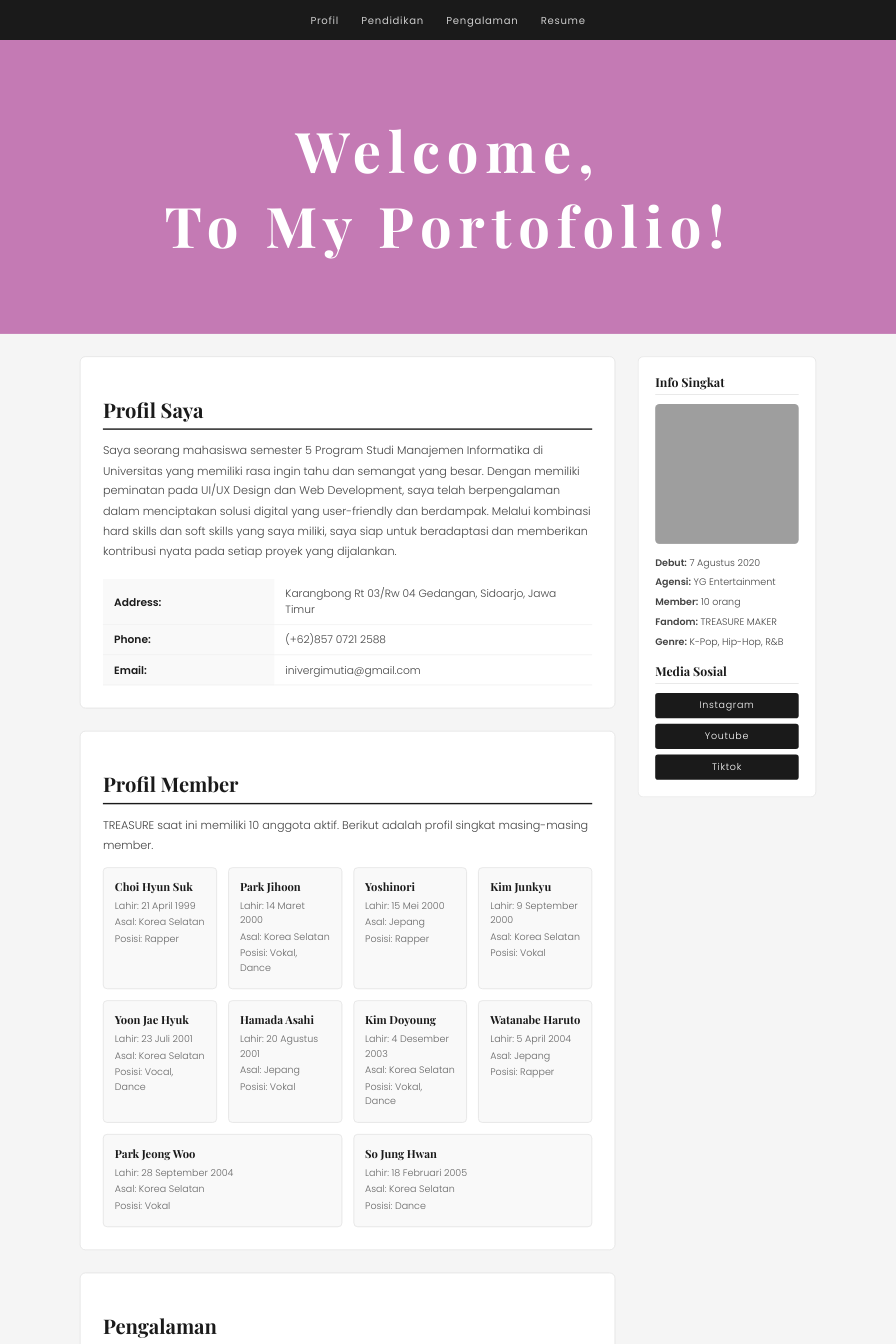
Repository: VergiMutiaRahmasyani/Website-Portofolio
Page: index.html
An editor plug-in stored every save of this project. The page is shown before and after the next save, followed by the edit.
The browser window is 1280 px wide. The pictures show the part of the page from y = 0 to 1920 px (the page is 2984 px tall), at 70% of full size.
Pictures or frames that could not be fetched are drawn as grey boxes.

Above is the page before, as saved 2026-03-06 23:52:23.

After the next save:
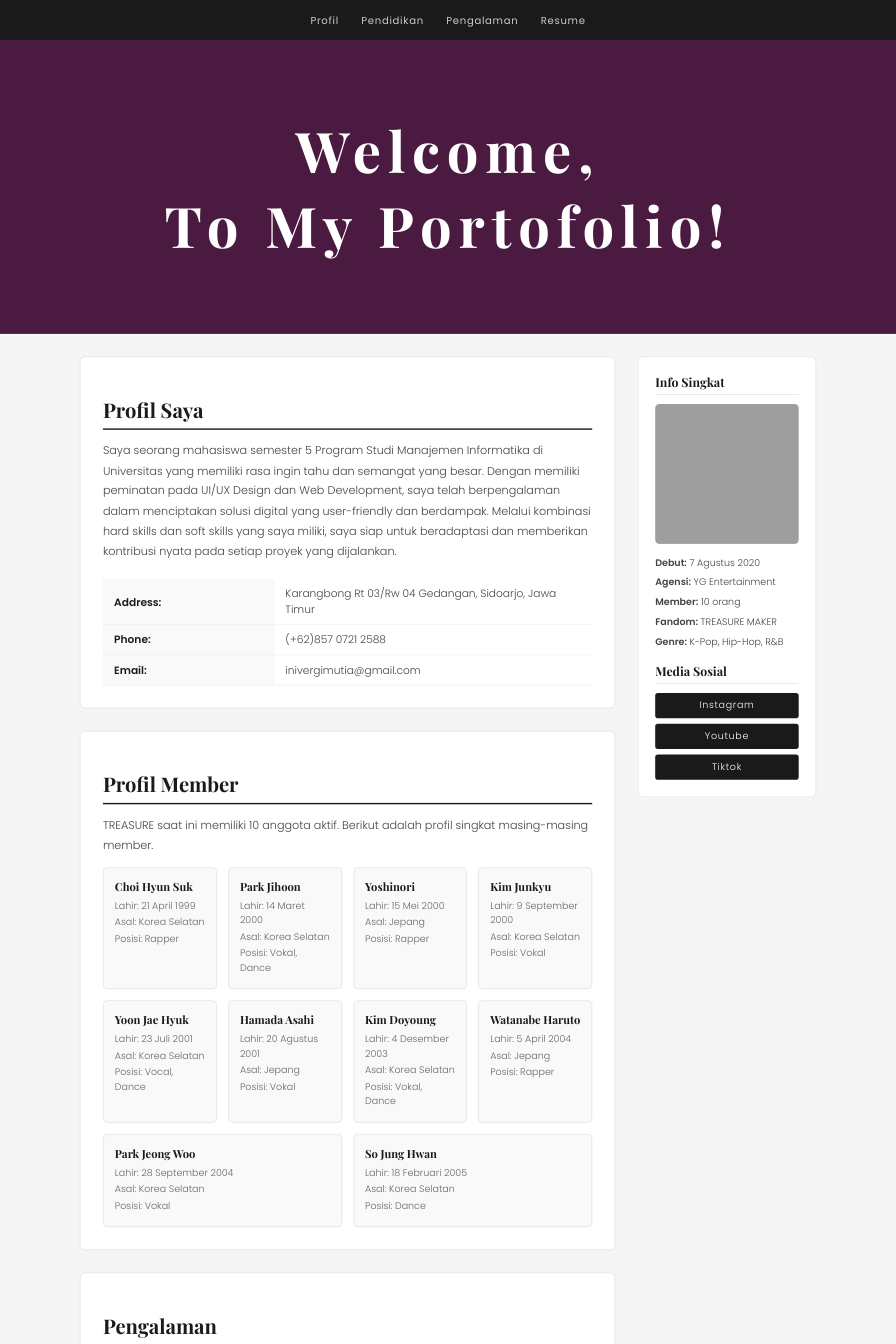
Saved 14 s later.
--- a/css/style.css
+++ b/css/style.css
@@ -13,7 +13,7 @@
 }
 
 header.site-header {
-    background-color: #c47ab4;
+    background-color: #4b1a40;
     color: white;
 }
 
